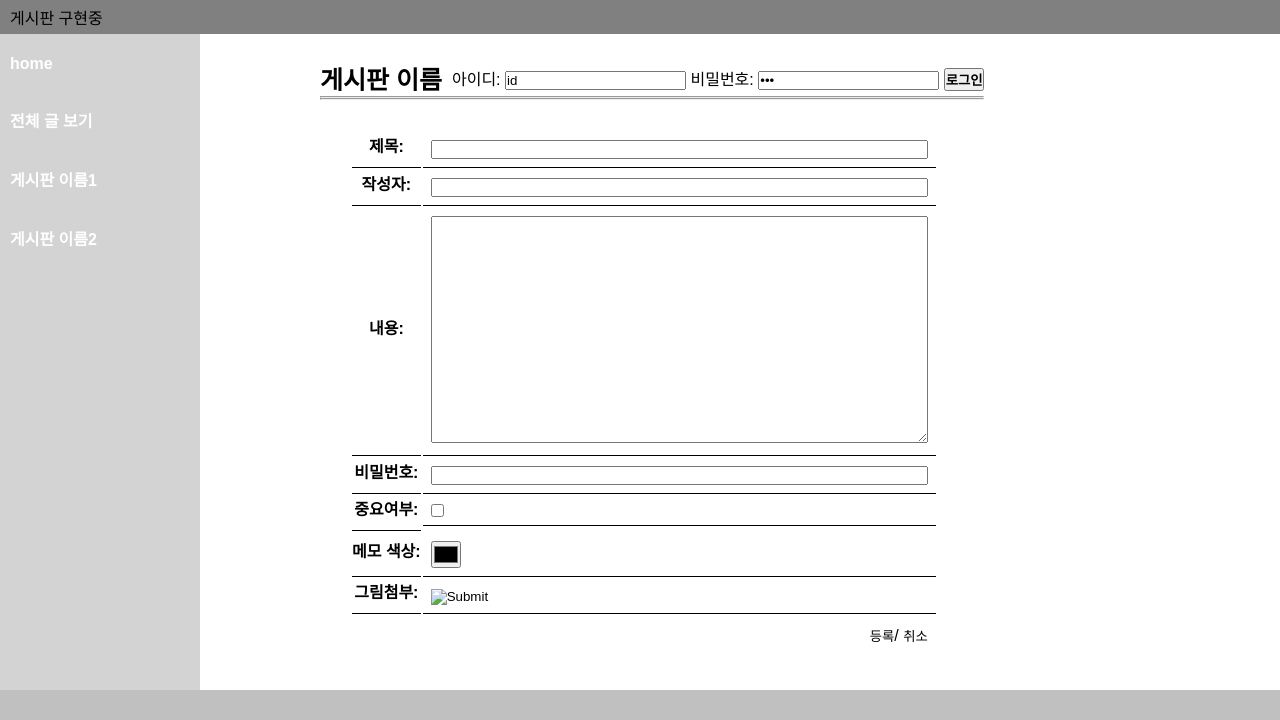
Repository: hyeon-jin-park/study
Page: work/internet_programing/Test_final/public/input.html
These files come from the project's save history. The page is drawn as it stood at one moment and after the next save; the edit follows.
The browser window is 1280 px wide. The pictures show the whole page.

Above is the page before, as saved 2025-03-22 13:24:13.

### work/internet_programing/Test_final/public/input.html
<!DOCTYPE html>
<html lang="ko">
<head>

    <meta charset="UTF-8">
    <meta name="viewport" content="width=device-width, initial-scale=1.0">
    <title>input.html</title>
	<link rel="stylesheet" href="layout.css">
	<link rel="stylesheet" href="board.css">
	<style>
	* { margin: 0; padding: 0; box-sizing: border-box; }
	body { font-family: Arial, sans-serif; }

	#login_button{
		text-align:center;
		font-weight:bold;

	}
	</style>

</head>


<body>

    <div class="header">
        <div class="header_name">게시판 구현중</div>



    </div>
    <div class="sidebar">
    	<ul class="sidebar">
    		<li><a href="home.html">home</a></li>
    		<li><a href="#">전체 글 보기</a></li>
    		<li><a href="#">게시판 이름1</a></li>
    		<li><a href="#">게시판 이름2</a></li>

    	</ul>
    </div>
    <div class="content">
    <div class="board_title">
    		<h1>게시판 이름</h1>
    			<form style="padding-left:10px">
    			아이디: <input type="text" name="아이디" value="id">
    			비밀번호: <input type="password" name="비밀번호" value="pwd">
    			<button id="login_button" type="submit" >로그인</button>
    			</form>
    	</div>
    	<hr>
    	<hr>
    	<div  class="input_form">
    	    <form method="get">
    		<table>
    			<tr>
    				<th>제목: </th>
    				<td><input type="text" name="제목"></td>
    			</tr>
    			<tr>
    				<th>작성자: </th>
    				<td><input type="text" name="작성자"></td>
    			</tr>
    			<tr>
    				<th>내용: </th>
    				<td><textarea rows="15" cols="60"></textarea></td>
    			</tr>
    			<tr>
    				<th>비밀번호: </th>
    				<td><input type="password" name="등록 비밀번호"></td>
    			</tr>
    			<tr>
    				<th>중요여부: </th>
    				<td style="display:grid; justify-content:start;text-align:center"><input type="checkbox" name="중요도"></td>
    			</tr>
    			<tr>
    				<th>메모 색상: </th>
    				<td><input style="width:30px" type="color" name="색상"></td>
    			</tr>
    			<tr>
    				<th>그림첨부: </th>
    				<td><input type="image" name="그림"></td>
    			</tr>
    			<tr>
    				<td colspan="2" style="border-bottom:none;text-align: right;padding-top:10px;">
    				<button type="submit">등록</button>/
    				<button type="reset">취소</button>
    				</td>
    			</tr>

    		</table>
    		</form>
    	</div>
    </div>

    <div class="footer">
    	<h1></h1>
    </div>

</body>
</html>

### work/internet_programing/Test_final/public/layout.css
@charset "UTF-8";

.header {
            background-color: gray;
            color: black;
            padding: 5px 10px;
            display: flex;
            justify-content: space-between;
            align-items: center;
            width: 100%;
            position: fixed;
            z-index: 1000;
    		border-collapse: collapse;
    		table-layout: fixed;
        }


        .sidebar {
        	margin-top: 30px;
    		width: 200px;
    		background-color: lightgray;
    		color: black;
    		padding: 20px;
    		position: fixed;
    		height: 100vh;
    		top: 0;
    		left: 0;
		}

		.sidebar ul {
    		list-style: none;
    		padding: 0;
		}

		.sidebar ul li {
   		 margin: 15px 0;
		}

		.sidebar a {
    		text-decoration: none;
    		color: white;
   		    font-weight: bold;
   		 	display: block;
    		padding: 10px;
    		border-radius: 5px;
		}

		.sidebar a:hover {
    		background-color: #555;
		}


		.content {
			margin-top: 60px;
			position: fixed;
			z-index: 999;
    		margin-left: 300px;
    		padding: 20px;
    		padding-top: 0px;
    		align-items: center;
    		min-height: 300px;
    		overflow:auto;
		}
		.board_title{
			margin:0px;
			padding: 0px;
			display: flex;
            justify-content: space-between;
            align-items: center;
            width: 100%;
		}
		.board_title ul{
			list-style: none;
			padding:0;
		}

		.board_title a {
    		text-decoration: none;
    		color: black;
   		    font-weight: bold;
   		 	display: block;
    		padding: 10px;
    		border-radius: 5px;
		}

		.board_title h1{
			font-size: 25px;

		}
		.input_form{
			padding:20px;
		}
		.input_form table{
			white-space: nowrap;
			margin:10px;
		}
		.input_form th,td{
			padding-bottom:10px;
			border-bottom: 1px solid black;
		}
		.input_form button{
			border:none;
			background-color:white;
			cursor: pointer;
		}
		.input_form input{
			width:100%;
		}


		.footer {
    		background-color: silver;
    		color: white;
    		text-align: center;
    		height: 30px;
    		padding: 5px 0;
    		position: fixed;
    		bottom: 0;
    		width: 100%;
    		z-index: 1000;
    		box-sizing: border-box;
		}

### work/internet_programing/Test_final/public/board.css
@charset "UTF-8";

.board {
	background-color: white;
	color: black;
	padding: 20px 20px;
	width: 100%;
}

.board th, td {
  padding: 8px;
}

.board th {
	padding: 10px;
    text-align: center;
    vertical-align: middle;
    font-size: 10px;
}

.board th:nth-child(1),
.board td:nth-child(1){
	width: 100px;
}
.board th:nth-child(2),
.board td:nth-child(2){
	width: 600px;
}
.board th:nth-child(3),
.board td:nth-child(3){
	width: 100px;
}
.board th:nth-child(4),
.board td:nth-child(4){
	width: 200px;
}

After the next save:
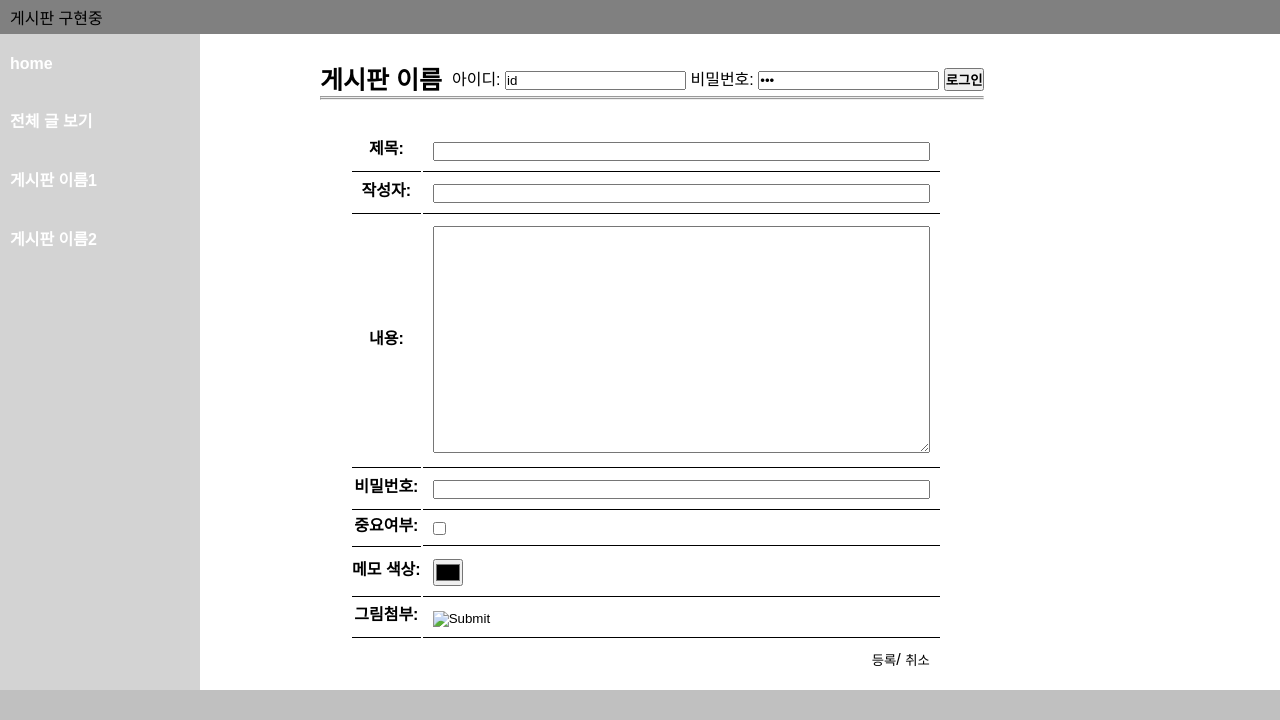
Saved 21 s later.
--- a/work/internet_programing/Test_final/public/board.css
+++ b/work/internet_programing/Test_final/public/board.css
@@ -8,7 +8,7 @@
 }
 
 .board th, td {
-  padding: 8px;
+  padding: 10px;
 }
 
 .board th {
